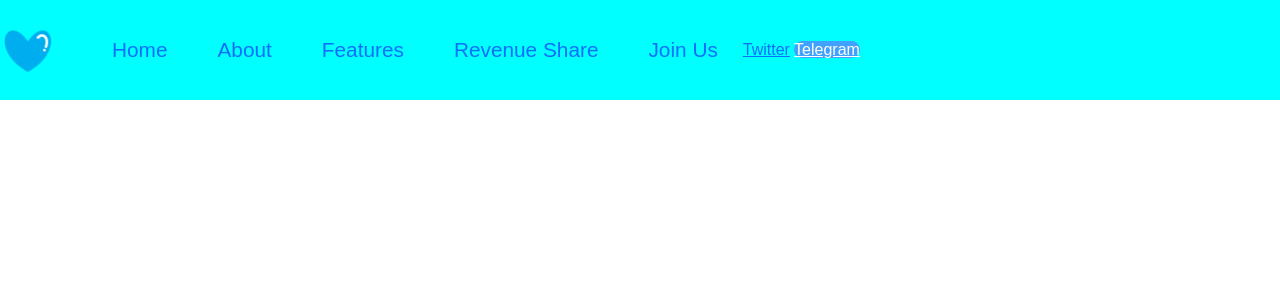
Repository: andinhle/lovetech
Page: index.html
The author's editor kept a copy of each file at every save. The page is drawn from the files as they stood at one save, then again after a run of saves.
The browser window is 1280 px wide. The pictures show the whole page.

Above is the page before, as saved 2023-08-21 19:41:04.

### index.html
<!DOCTYPE html>
<html lang="en">
<head>
    <meta charset="UTF-8">
    <meta name="viewport" content="width=device-width, initial-scale=1.0">
    <meta http-equiv="X-UA-Compatible" content="ie=edge">
    <meta name="Description" content="Enter your description here"/>
    <link rel="stylesheet" href="https://cdnjs.cloudflare.com/ajax/libs/twitter-bootstrap/5.1.0/css/bootstrap.min.css">
    <link rel="stylesheet" href="https://cdnjs.cloudflare.com/ajax/libs/font-awesome/5.15.4/css/all.min.css">
    <link rel="stylesheet" href="asset/style.css">
    <title>Love Tech | Home</title>
</head>
<body>
    <div id="wrapper">
        <div id="layout">
            <header id="header" class="d-flex align-items-center">
                <div class="row">
                    <div class="col-md-12 head-menu d-flex justify-content-between align-items-center">
                        <div class="col-md-1">
                            <a href="index.html"><img src="asset/img/logo.svg" alt=""></a>
                        </div>
                        <div></div>
                    </div>
                </div>
                <div class="head-menu d-flex justify-content-between align-items-center">

                    <nav class="menu">
                        <ul class="d-flex menu-list">
                            <li><a href="">Home</a></li>
                            <li><a href="">About</a></li>
                            <li><a href="">Features</a></li>
                            <li><a href="">Revenue Share</a></li>
                            <li><a href="">Join Us</a></li>
                        </ul>
                    </nav>
                    <div class="join-tg-tw-head">
                        <a href="">Twitter</a>
                        <a href="">Telegram</a>
                    </div>
                </div>
            </header>
        </div>
    </div>
<script src="https://cdnjs.cloudflare.com/ajax/libs/popper.js/2.9.2/umd/popper.min.js"></script>
<script src="https://cdnjs.cloudflare.com/ajax/libs/twitter-bootstrap/5.1.0/js/bootstrap.min.js"></script>
</body>
</html>

### asset/style.css
*{
    padding: 0;
    margin: 0;
    font-family: Arial, Helvetica, sans-serif;
    box-sizing: border-box;
}
:root{
    ---text-color: white;
    ---background-color:rgb(65, 161, 255);
}
#header{
    height: 100px;
    background-color: aqua;
}
.join-tg-tw-head a:last-child{
    width: 100px;
    border-radius: 50px;
    line-height: 50px;
    color: var(---text-color);
    background: var(---background-color);
}
.menu{
    height: 50px;
    line-height: 50px;
}
.menu-list li{
    list-style-type: none;
    padding: 0px 25px;
}
.menu-list li a{
    text-decoration: none;
    font-size: 1.3em;
}

### asset/img/logo.svg
<svg width="55" height="50" viewBox="0 0 55 50" fill="none" xmlns="http://www.w3.org/2000/svg" xmlns:xlink="http://www.w3.org/1999/xlink">
<rect width="54.0984" height="50" fill="url(#pattern0)"/>
<defs>
<pattern id="pattern0" patternContentUnits="objectBoundingBox" width="1" height="1">
<use xlink:href="#image0_1_2" transform="matrix(0.00036991 0 0 0.000400231 -0.242424 -0.295082)"/>
</pattern>
<image id="image0_1_2" width="4096" height="4096" xlink:href="data:[embedded picture, 516470 characters]"/>
</defs>
</svg>

After the next 2 saves:
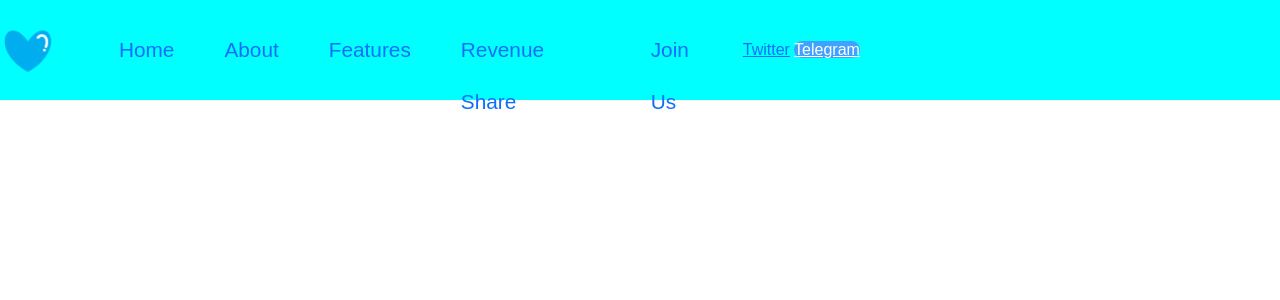
The 2 saves are shown as one change because they came seconds apart.
The last was saved 8 s later.
--- a/index.html
+++ b/index.html
@@ -20,11 +20,7 @@
                             <a href="index.html"><img src="asset/img/logo.svg" alt=""></a>
                         </div>
                         <div></div>
-                    </div>
-                </div>
-                <div class="head-menu d-flex justify-content-between align-items-center">
-
-                    <nav class="menu">
+                        <nav class="menu">
                         <ul class="d-flex menu-list">
                             <li><a href="">Home</a></li>
                             <li><a href="">About</a></li>
@@ -33,6 +29,11 @@
                             <li><a href="">Join Us</a></li>
                         </ul>
                     </nav>
+                    </div>
+                </div>
+                <div class="head-menu d-flex justify-content-between align-items-center">
+
+
                     <div class="join-tg-tw-head">
                         <a href="">Twitter</a>
                         <a href="">Telegram</a>
